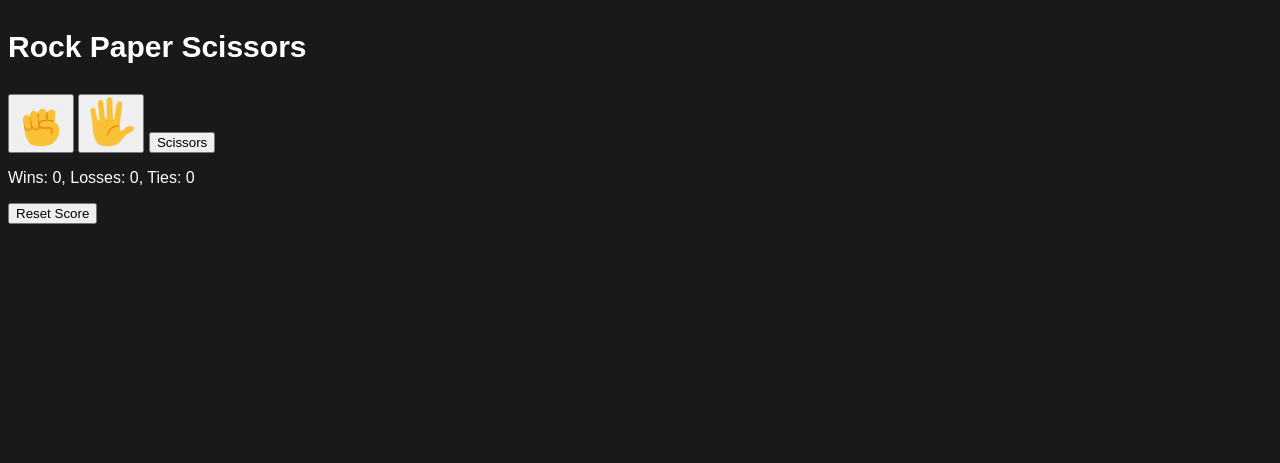
Repository: Samkiroko/Javascript-course
Page: 10-rock-paper-scissior.html
The author's editor kept a copy of each file at every save. The page is drawn from the files as they stood at one save, then again after the next save.
The browser window is 1280 px wide. The pictures show the whole page.

Above is the page before, as saved 2023-08-28 11:21:39.

After the next save:
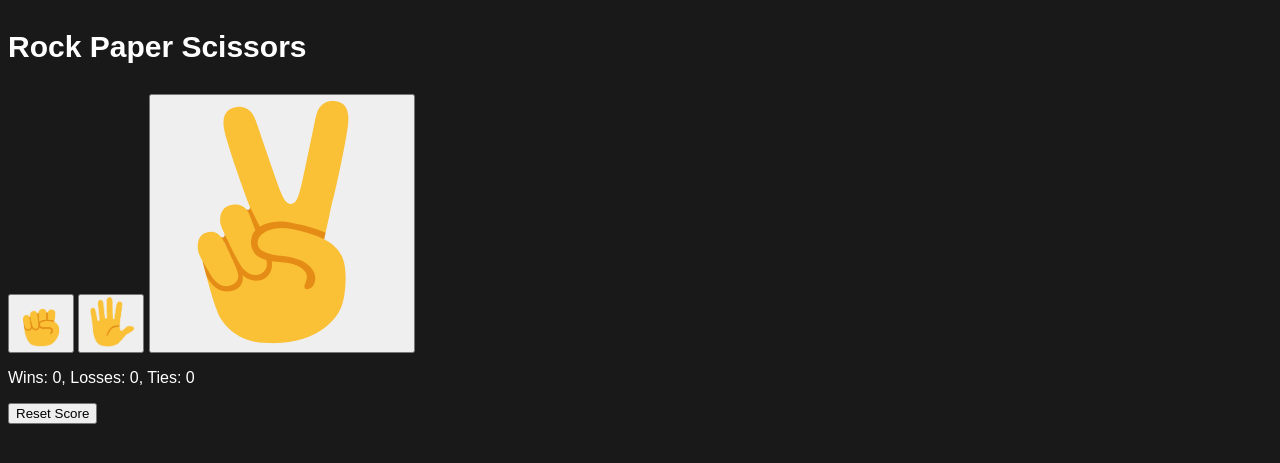
Saved 33 s later.
--- a/10-rock-paper-scissior.html
+++ b/10-rock-paper-scissior.html
@@ -40,7 +40,7 @@
       playGame('scissors');
     "
     >
-      Scissors
+      <img src="/img/scissors-emoji.png" alt="Scissors" />
     </button>
     <p class="js-result"></p>
     <p class="js-moves"></p>

After the save that followed:
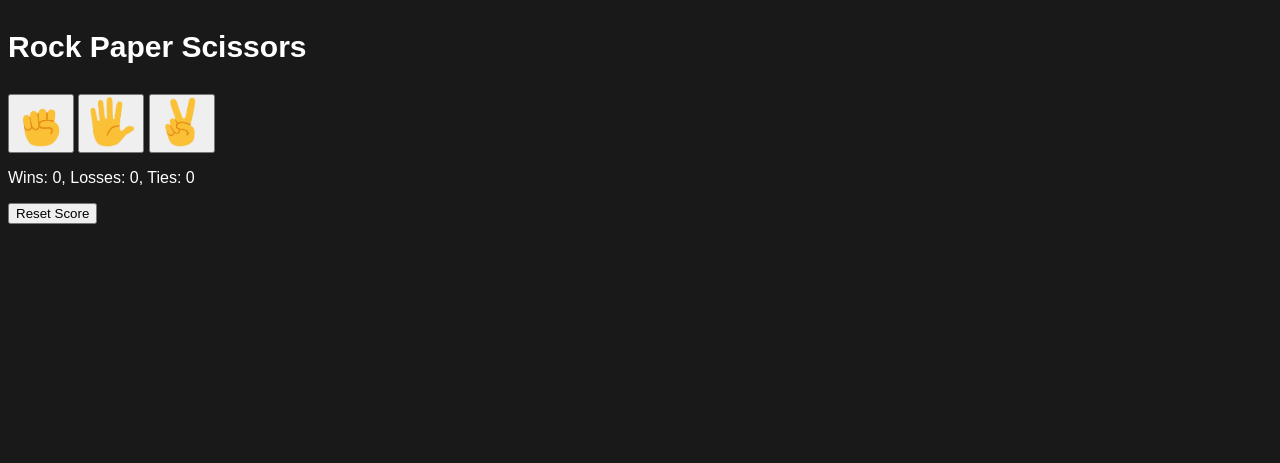
Saved 11 s later.
--- a/10-rock-paper-scissior.html
+++ b/10-rock-paper-scissior.html
@@ -40,7 +40,7 @@
       playGame('scissors');
     "
     >
-      <img src="/img/scissors-emoji.png" alt="Scissors" />
+      <img src="/img/scissors-emoji.png" alt="Scissors" class="move-icon" />
     </button>
     <p class="js-result"></p>
     <p class="js-moves"></p>
